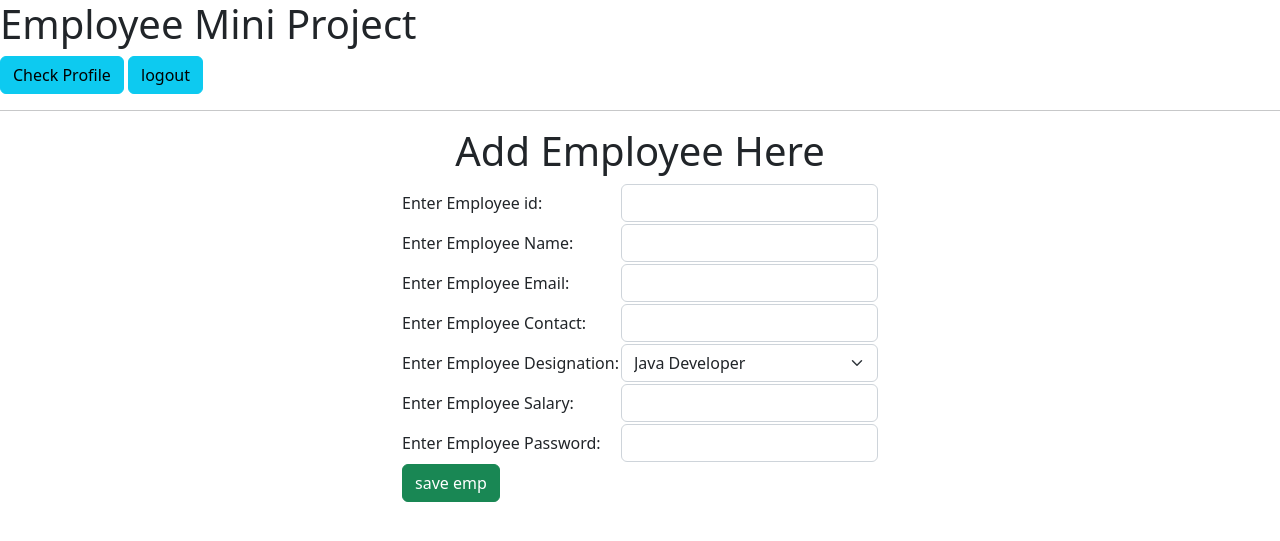
Repository: mca45034/MiniProjectp3
Page: http://localhost/miniproject/addEmployee.jsp
An editor plug-in stored every save of this project. The page is shown before and after the next save, followed by the edit.
The browser window is 1280 px wide. The pictures show the whole page.
The page is served by Tomcat 9.

Above is the page before, as saved 2024-03-03 14:10:24.

After the next save:
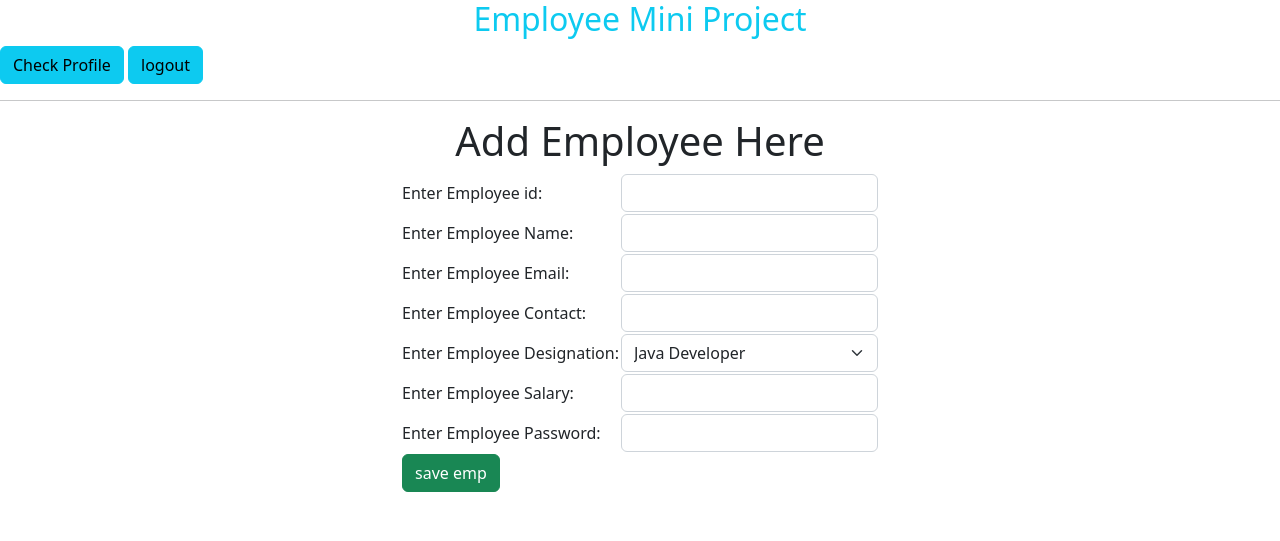
Saved 13 s later.
--- a/project/miniproject/src/main/webapp/header.jsp
+++ b/project/miniproject/src/main/webapp/header.jsp
@@ -10,7 +10,9 @@
 
 </head>
 <body>
-	<h1>Employee Mini Project</h1>
+	<center>
+<h2 class="text-info">Employee Mini Project</h2>
+</center>
 	<%
 		String user = (String) session.getAttribute("usertype");
 
